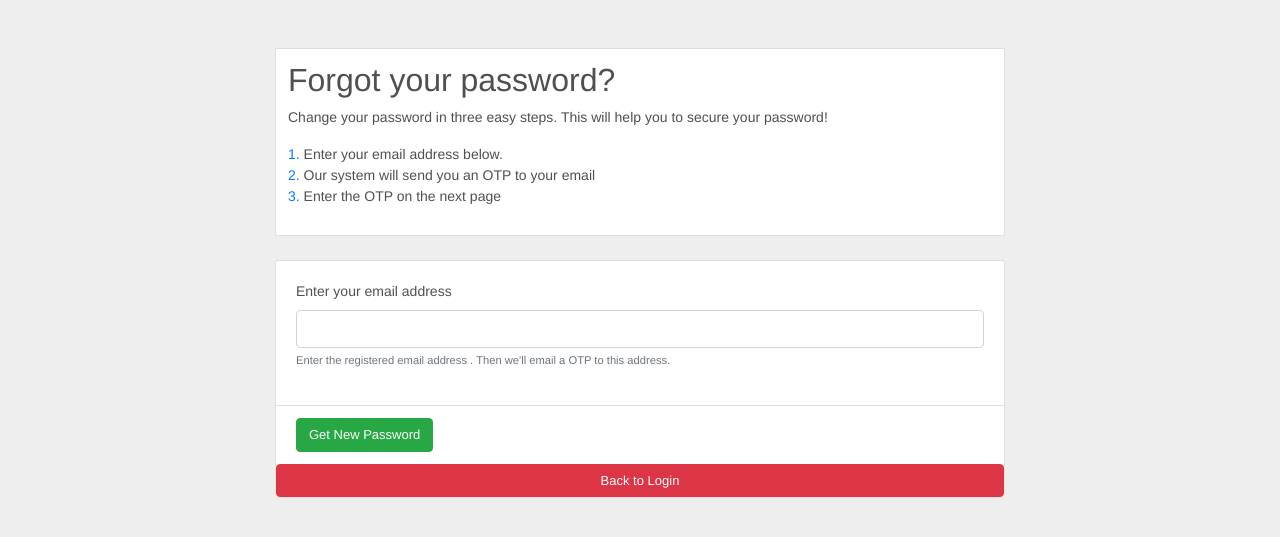
Repository: Hammam0827/maven-jenkins-exercise
Page: http://localhost/devops_project/forgotPassword.jsp
An editor plug-in stored every save of this project. The page is shown before and after the next save, followed by the edit.
The browser window is 1280 px wide. The pictures show the whole page.
Some web libraries are served in a nearby version. The page is served by Tomcat 9. Other server files are loaded and not shown.

Above is the page before, as saved 2022-12-01 10:23:34.

### devops_project/src/main/webapp/forgotPassword.jsp
<!doctype html>
<html>
<head>
<meta charset='utf-8'>
<meta name='viewport' content='width=device-width, initial-scale=1'>
<title>Snippet - BBBootstrap</title>
<link
	href='https://stackpath.bootstrapcdn.com/bootstrap/4.1.1/css/bootstrap.min.css'
	rel='stylesheet'>
<link href='' rel='stylesheet'>
<script type='text/javascript'
	src='https://cdnjs.cloudflare.com/ajax/libs/jquery/3.2.1/jquery.min.js'></script>
<style>
body {
	background-position: center;
	background-color: #eee;
	background-repeat: no-repeat;
	background-size: cover;
	color: #505050;
	font-family: "Rubik", Helvetica, Arial, sans-serif;
	font-size: 14px;
	font-weight: normal;
	line-height: 1.5;
	text-transform: none
}

.forgot {
	background-color: #fff;
	padding: 12px;
	border: 1px solid #dfdfdf
}

.padding-bottom-3x {
	padding-bottom: 72px !important
}

.card-footer {
	background-color: #fff
}

.btn {
	font-size: 13px
}

.form-control:focus {
	color: #495057;
	background-color: #fff;
	border-color: #76b7e9;
	outline: 0;
	box-shadow: 0 0 0 0px #28a745
}
</style>
</head>
<body oncontextmenu='return false' class='snippet-body'>
	<div class="container padding-bottom-3x mb-2 mt-5">
		<div class="row justify-content-center">
			<div class="col-lg-8 col-md-10">
				<div class="forgot">
					<h2>Forgot your password?</h2>
					<p>Change your password in three easy steps. This will help you
						to secure your password!</p>
					<ol class="list-unstyled">
						<li><span class="text-primary text-medium">1. </span>Enter
							your email address below.</li>
						<li><span class="text-primary text-medium">2. </span>Our
							system will send you an OTP to your email</li>
						<li><span class="text-primary text-medium">3. </span>Enter
							the OTP on the next page</li>
					</ol>
				</div>
				<form class="card mt-4" action="forgotPassword" method="POST">
					<div class="card-body">
						<div class="form-group">
							<label for="email-for-pass">Enter your email address</label> <input
								class="form-control" type="text" name="email"
								id="email-for-pass" required=""><small
								class="form-text text-muted">Enter the registered email
								address . Then we'll email a OTP to this address.</small>
						</div>
					</div>
					<div class="card-footer">
						<button class="btn btn-success" type="submit">Get New
							Password</button>

					</div>
					<button class="btn btn-danger" type="submit">Back to
							Login</button>
				</form>
			</div>
		</div>
	</div>
	<script type='text/javascript'
		src='https://stackpath.bootstrapcdn.com/bootstrap/4.1.1/js/bootstrap.bundle.min.js'></script>
	<script type='text/javascript' src=''></script>
	<script type='text/javascript' src=''></script>
	<script type='text/Javascript'></script>
</body>
</html>

After the next save:
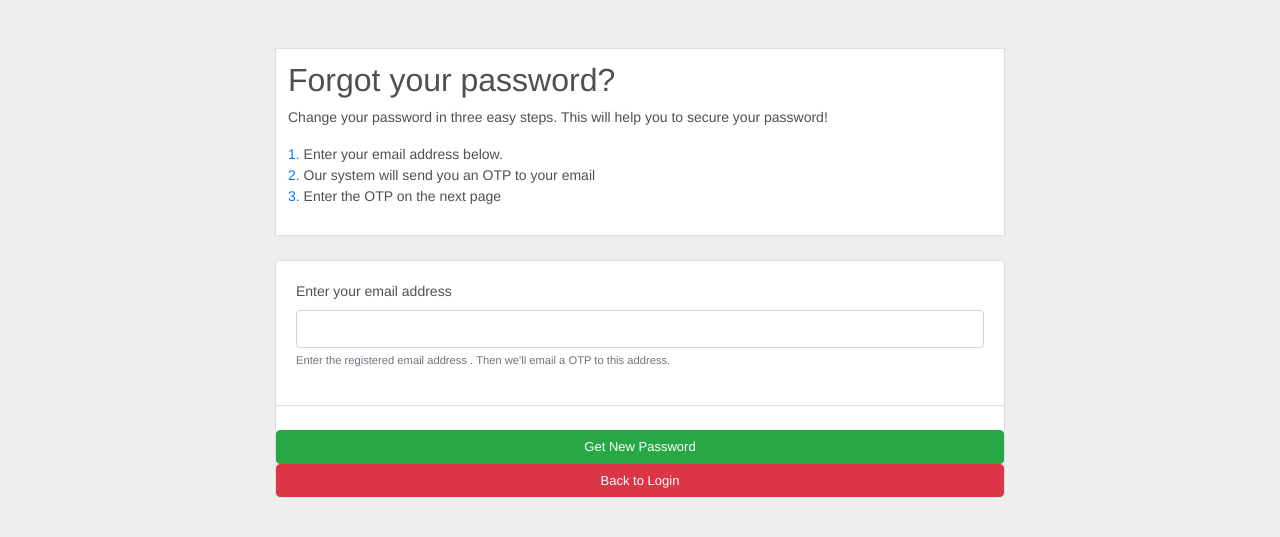
Saved 11 s later.
--- a/devops_project/src/main/webapp/forgotPassword.jsp
+++ b/devops_project/src/main/webapp/forgotPassword.jsp
@@ -79,10 +79,11 @@ body {
 						</div>
 					</div>
 					<div class="card-footer">
-						<button class="btn btn-success" type="submit">Get New
+
+					</div>
+					<button class="btn btn-success" type="submit">Get New
 							Password</button>
 
-					</div>
 					<button class="btn btn-danger" type="submit">Back to
 							Login</button>
 				</form>
